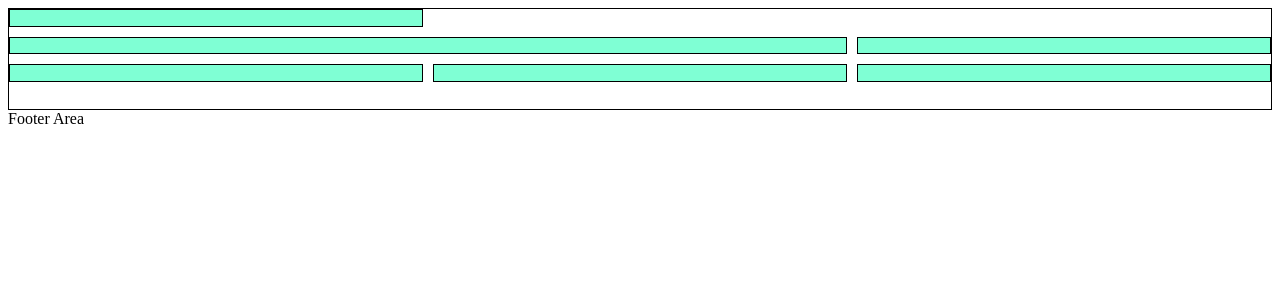
Repository: BwesewB/Brutalist-Website
Page: /
These files come from the project's save history. The page is drawn as it stood at one moment and after the next save; the edit follows.
The browser window is 1280 px wide. The pictures show the whole page.
The project was rebuilt for these pictures with package versions that can differ from the ones it lists, and the page was loaded fresh each time. The framework's server and built-in components were replaced by stand-ins that run in the browser. Also part of the build but not shown: next.config.mjs.

Above is the page before, as saved 2024-02-03 16:55:41.

### pages/index.js
import Head from "next/head";
import Image from "next/image";
import styles from "@/styles/Home.module.css";
import { useState } from "react";



export default function Home() {

  const[input,setInput] = useState();


  const classFilters = {
    1: 'Magician',
    2: 'Theif',
    4: 'Warrior',
    8: 'Bowman',
    16: 'Pirate',
    32: 'Nothing'
  }

const getClassStyle = flagValue => (input & flagValue) > 0 ? { backgroundColor: 'yellow'} : null;

  return (
    <>
      <Head>
        <title>Create Next App</title>
        <meta name="description" content="Generated by create next app" />
        <meta name="viewport" content="width=device-width, initial-scale=1" />
        <link rel="icon" href="/favicon.ico" />
      </Head>
      <main className={`${styles.main}`}>
      <div className={styles.titlePage}>
        <div className={styles.graphic}></div>
        <div className={styles.inputArea}></div>
      </div>
      <div className={styles.displayArea}>
        <div className={styles.posterOne}></div>
        <div className={styles.posterTwo}></div>
        <div className={styles.posterThree}></div>
        <div className={styles.posterFour}></div>
        <div className={styles.posterFive}></div>
        <div className={styles.posterSix}></div>
      </div>
      </main>
      <footer>
        Footer Area
      </footer>
    </>
  );
}

{/* <div class="inputArea">
<input
id="input"
type="text"
placeholder="bitmask decimal value"
value={input}
onChange={event => setInput(event.target.value)}
/>
</div>
<div class="posterArea" >                                                             need to change to posters
<table>
  <tbody>
    {
      Object.keys(classFilters).map(item => (
        <tr key={item} style={getClassStyle(item)}>
          <td>{item}</td>
          <td>{classFilters[item]}</td>
        </tr>
      ))
    }
  </tbody>
</table>
</div> */}

### styles/globals.css
:root{

}

### styles/Home.module.css
.main {
}

/* <div class="titlePage">
<div class="graphic"></div>
<div class="inputArea"></div>
</div>
<div class="displayArea">
<div class="posterOne"></div>
<div class="posterTwo"></div>
<div class="posterThree"></div>
<div class="posterFour"></div>
<div class="posterFive"></div>
<div class="posterSix"></div>
</div> */

.titlePage{

}
.graphic{

}
.inputArea{

}

.displayArea {
  display: grid;
  grid-template-columns: repeat(3, 1fr);
  grid-template-rows: repeat(4, 1fr);
  gap: 10px;
  border: 1px solid black;
  height:100px;
}

.posterOne,
.posterTwo,
.posterThree,
.posterFour,
.posterFive,
.posterSix {
  background-color: aquamarine;
  border: 1px solid black;
}

.posterTwo{
  grid-column: 1/3;
}

Loaded but not shown: pages/_app.js (common file); pages/_document.js (common file)

After the next save:
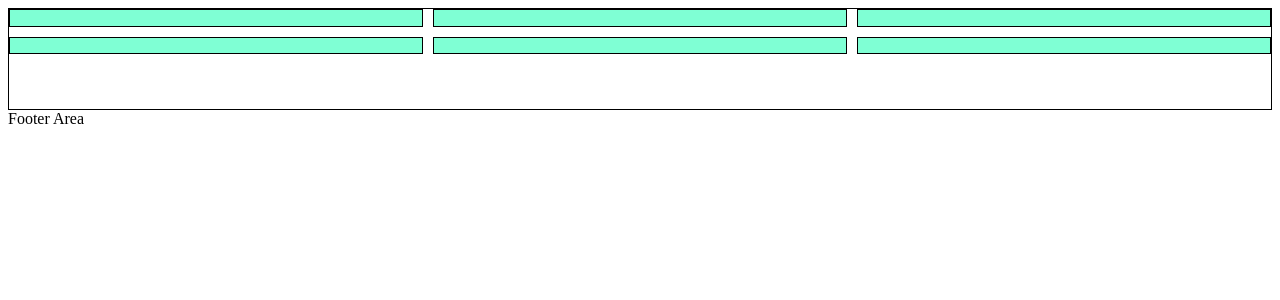
Saved 43 s later.
--- a/styles/Home.module.css
+++ b/styles/Home.module.css
@@ -44,5 +44,6 @@
 }
 
 .posterTwo{
-  grid-column: 1/3;
+  grid-column: 2/3;
+  grid-row: 1/2;
 }
